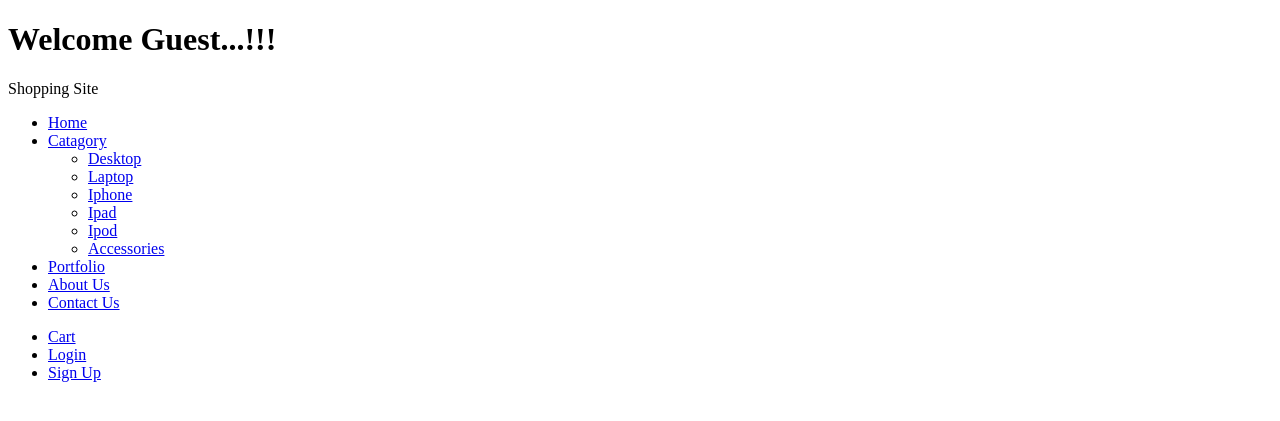
Repository: priyasuthakar/priya
Page: http://localhost/Apple/WEB-INF/views/Header.jsp
The author's editor kept a copy of each file at every save. The page is drawn from the files as they stood at one save, then again after the next save.
The browser window is 1280 px wide. The pictures show the whole page.
The page is served by Tomcat 9. Nobody is signed in. The template is opened directly, without the code that normally fills it, so the values that code supplies are empty.

Above is the page before, as saved 2016-08-23 02:56:36.

After the next save:
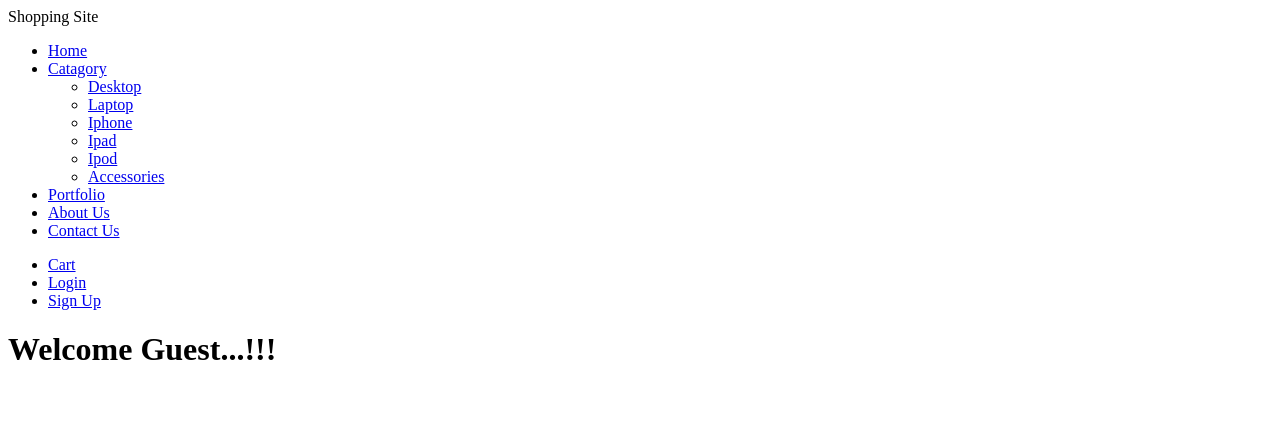
Saved 5 min 39 s later.
--- a/Apple/src/main/webapp/WEB-INF/views/Header.jsp
+++ b/Apple/src/main/webapp/WEB-INF/views/Header.jsp
@@ -7,14 +7,7 @@
 <meta http-equiv="Content-Type" content="text/html; charset=ISO-8859-1">
 </head>
 <body>
-	<c:choose>
-		<c:when test="${empty loggedInUser}">
-			<font face="Harlow Solid Italic"><h1>Welcome Guest...!!!</h1></font>
-		</c:when>
-		<c:when test="${not empty loggedInUser}">
-			<font face="Harlow Solid Italic"><h1>${loggedInUser}</h1></font>
-		</c:when>
-	</c:choose>
+
 	<nav class="navbar navbar-inverse">
 	<div class="container-fluid">
 		<div class="navbar-header">
@@ -60,5 +53,13 @@
 		</ul>
 	</div>
 	</nav>
+	<c:choose>
+		<c:when test="${empty loggedInUser}">
+			<font face="Harlow Solid Italic"><h1>Welcome Guest...!!!</h1></font>
+		</c:when>
+		<c:when test="${not empty loggedInUser}">
+			<font face="Harlow Solid Italic"><h1>${loggedInUser}</h1></font>
+		</c:when>
+	</c:choose>
 </body>
 </html>
